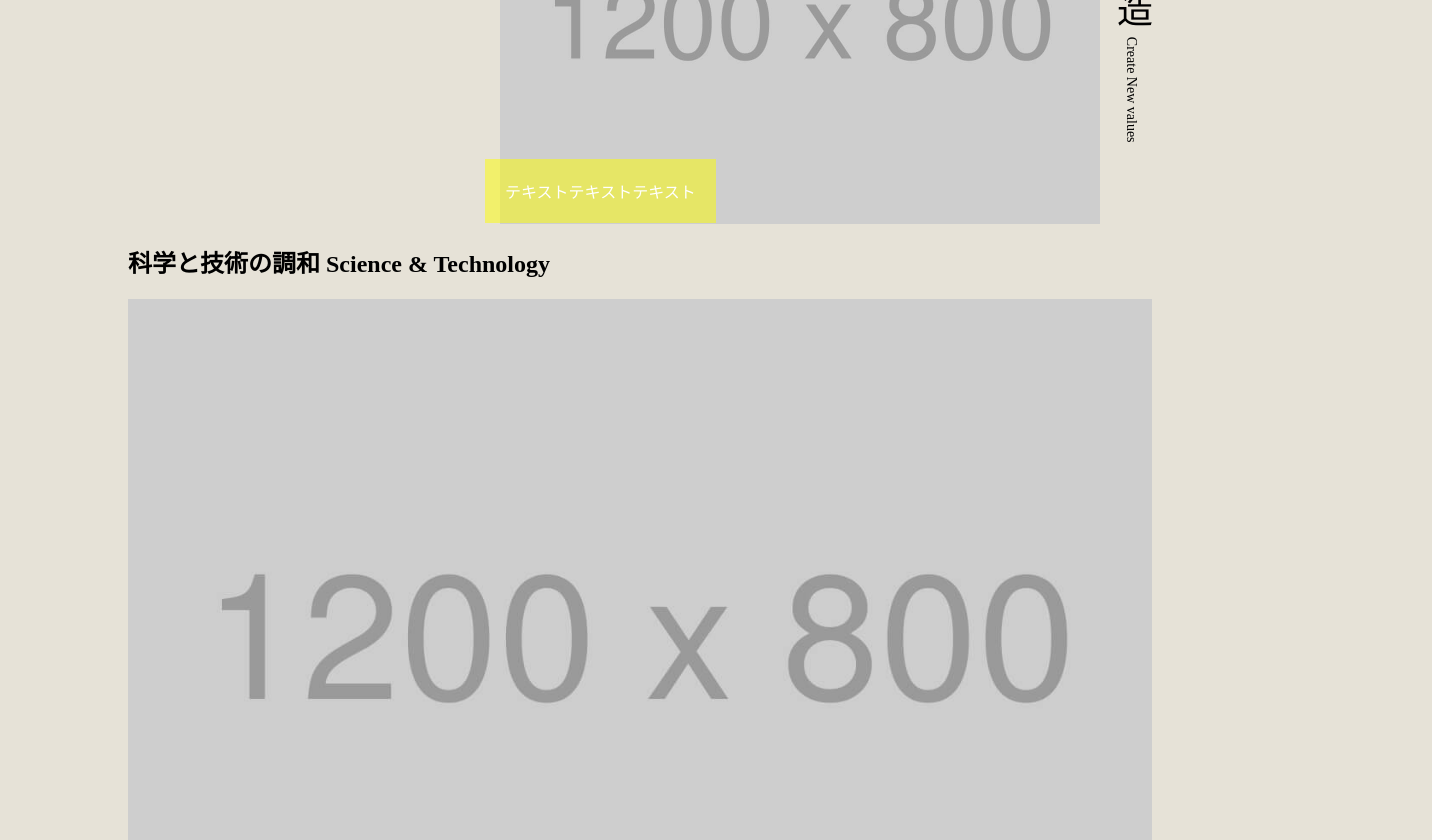
Repository: Fuki-san/wagashi
Page: http://localhost/wagashi
An editor plug-in stored every save of this project. The page is shown before and after a run of saves, followed by the edit.
The browser window is 1280 px wide. The page is 1432 px wide, so the pictures cover 1432 px, including what lies to the right of the window. The pictures show the part of the page from y = 1836 to 2676 px (the page is 3717 px tall before and 3877 px after).
The page is served by the project's Laravel application, run on PHP 8.4 with Laravel 10.

Above is the page before, as saved 2023-12-09 16:32:52.

After the next 2 saves:
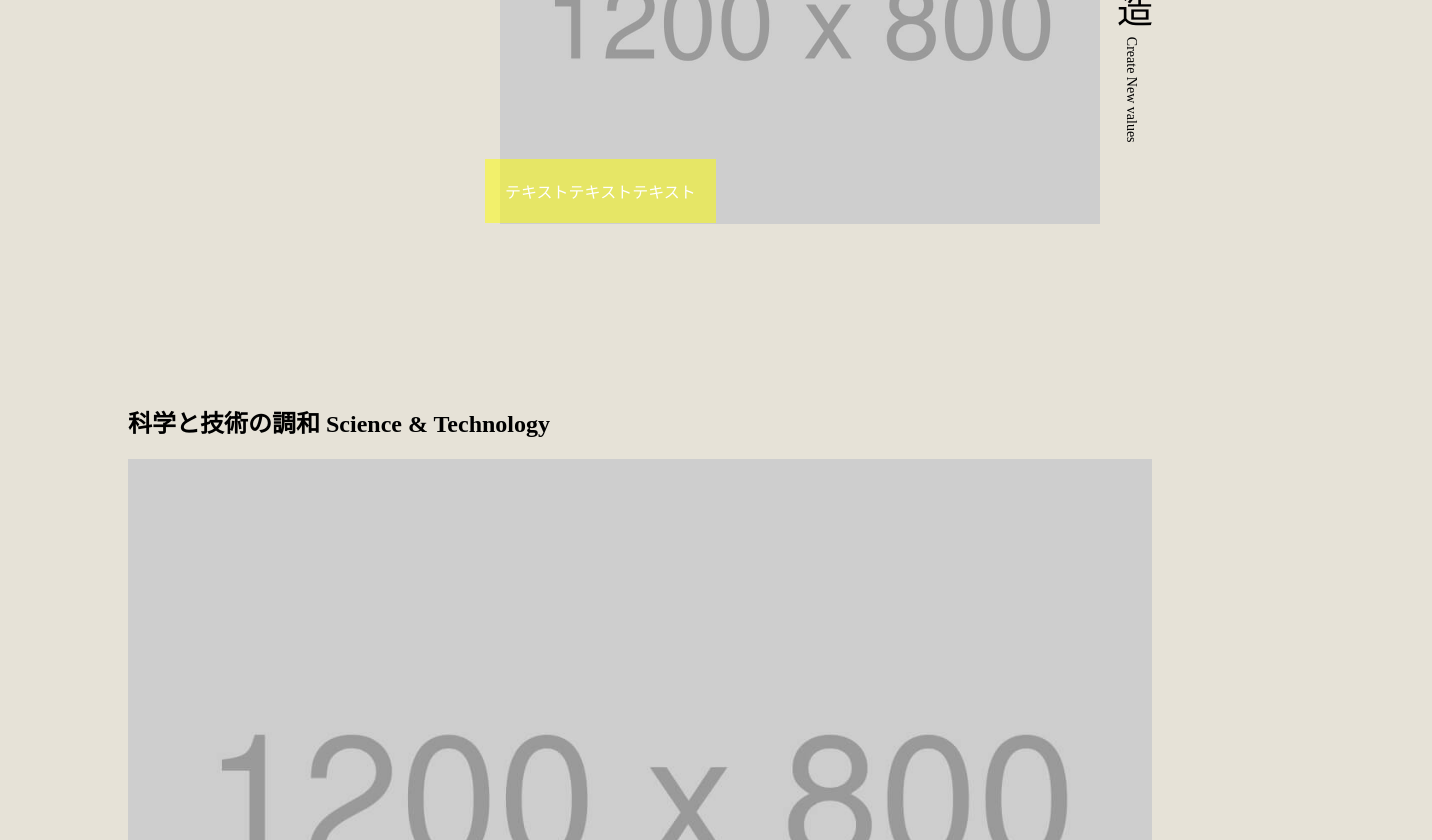
The 2 saves are shown as one change because they came seconds apart.
The last was saved 29 s later.
--- a/public/css/style.css
+++ b/public/css/style.css
@@ -126,6 +126,7 @@ li{
 #products1{
     display: flex;
     flex-direction: row-reverse;
+    margin-bottom: 180px;
 }
 #products1 .sec-title{
     writing-mode: vertical-rl;
